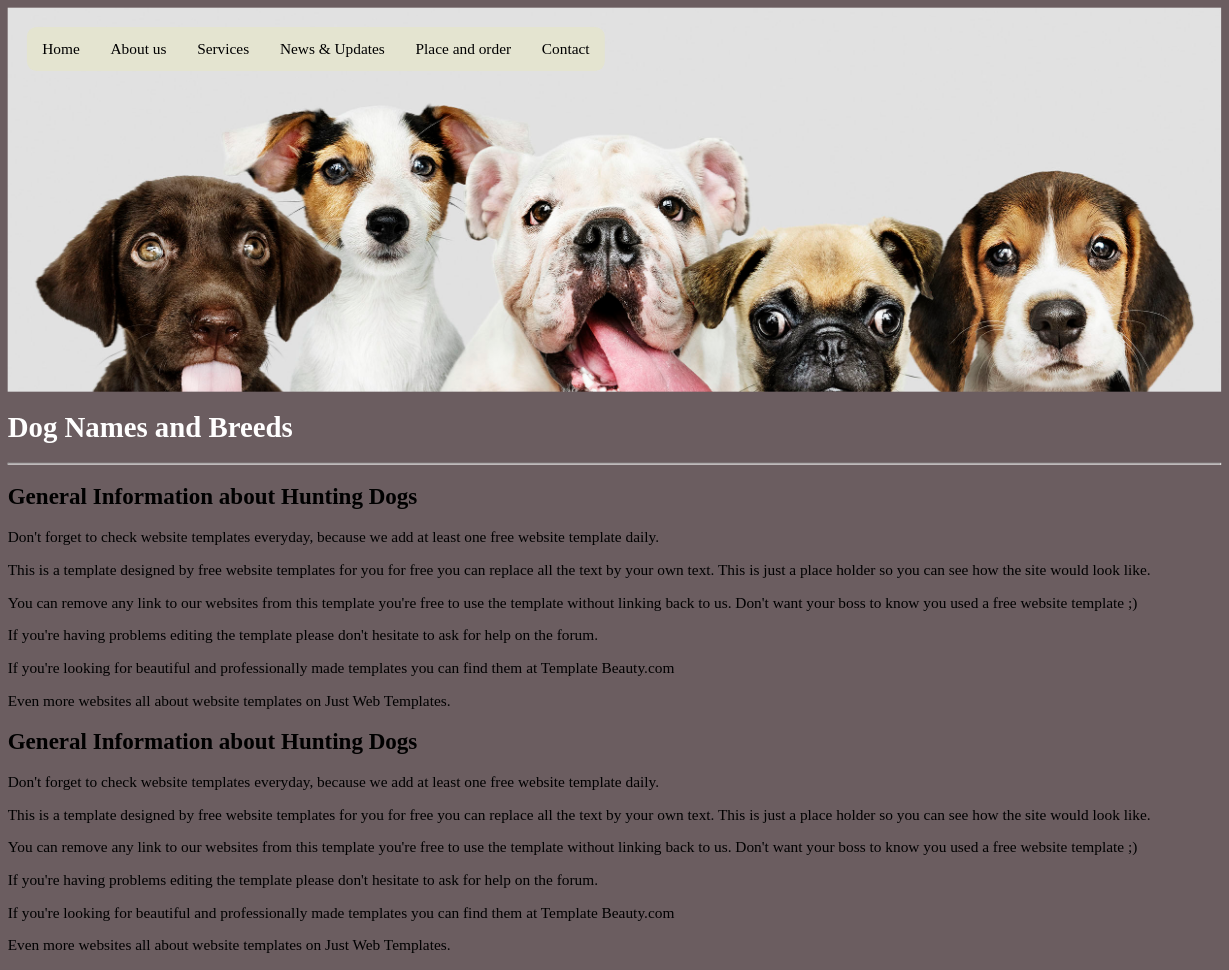
Repository: Tayma-Kazmouz/labwork
Page: index.html
The author's editor kept a copy of each file at every save. The page is drawn from the files as they stood at one save, then again after the next save.
The browser window is 1280 px wide. The pictures show the whole page, at 96% of full size.

Above is the page before, as saved 2022-04-04 16:35:28.

After the next save:
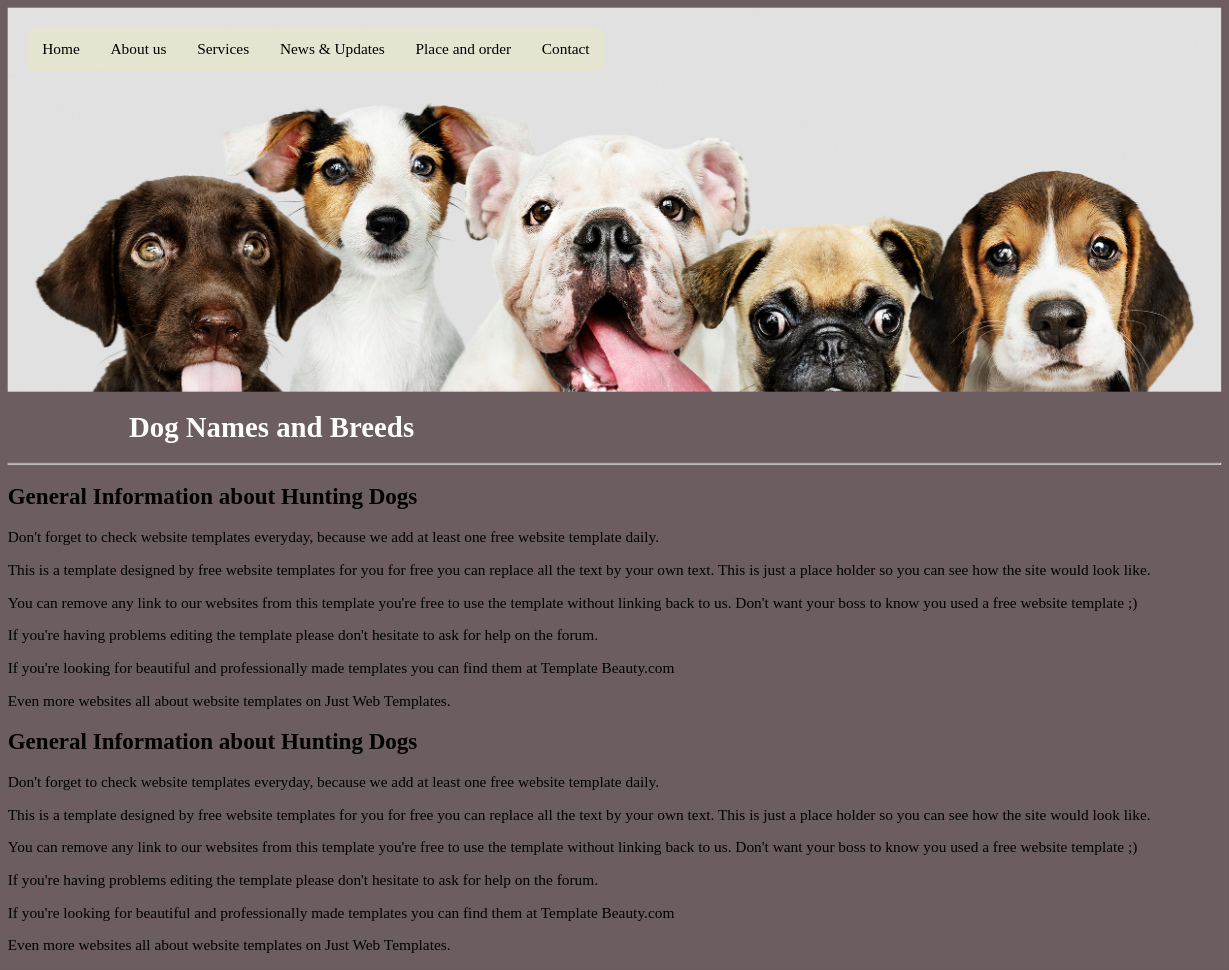
Saved 32 s later.
--- a/styles.css
+++ b/styles.css
@@ -41,4 +41,5 @@ h1{
     color: white;
     font-weight: 600px;
     font-size: 30px;
+    margin-left: 10%;
 }
